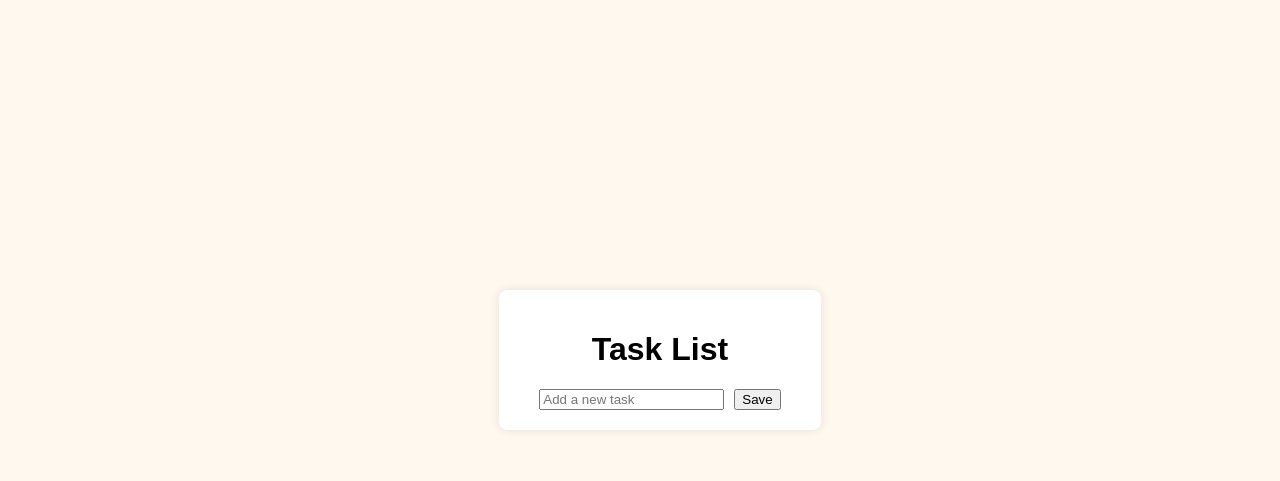
Repository: lpcmendoza/frontend-lab4
Page: /
These files come from the project's save history. The page is drawn as it stood at one moment and after the next save; the edit follows.
The browser window is 1280 px wide. The pictures show the whole page.
The project was rebuilt for these pictures with package versions that can differ from the ones it lists, and the page was loaded fresh each time. Also part of the build but not shown: vite.config.js, src/index.css.

Above is the page before, as saved 2024-10-19 18:59:52.

### src/App.jsx
import React from 'react';
import TaskList from './components/TaskList';
import './App.css'; // Ensure your styles are imported

const App = () => {
    return (
        <div className="container">
            <TaskList />
        </div>
    );
};

export default App;

### src/components/TaskList.jsx
import React, { useState, useEffect } from 'react';

const TaskList = () => {
    const [tasks, setTasks] = useState([]);
    const [inputValue, setInputValue] = useState('');

    // Load tasks from local storage when the component mounts
    useEffect(() => {
        const savedTasks = localStorage.getItem('tasks');
        if (savedTasks) {
            setTasks(JSON.parse(savedTasks));
        }
    }, []);

    // Save tasks to local storage whenever they change
    useEffect(() => {
        localStorage.setItem('tasks', JSON.stringify(tasks));
    }, [tasks]);

    const addTask = () => {
        if (inputValue.trim() !== '') {
            setTasks([...tasks, { text: inputValue, completed: false }]);
            setInputValue(''); // Clear input after adding task
        }
    };

    const toggleTaskCompletion = (index) => {
        const updatedTasks = tasks.map((task, i) =>
            i === index ? { ...task, completed: !task.completed } : task
        );
        setTasks(updatedTasks);
    };

    const removeTask = (index) => {
        const updatedTasks = tasks.filter((_, i) => i !== index);
        setTasks(updatedTasks);
    };

    return (
        <div>
            <h1>Task List</h1>
            <input
                type="text"
                value={inputValue}
                onChange={(e) => setInputValue(e.target.value)}
                placeholder="Add a new task"
            />
            <button onClick={addTask}>Save</button>

            <ul style={{ listStyleType: 'none', padding: 0 }}>
                {tasks.map((task, index) => (
                    <li key={index} style={{ display: 'flex', alignItems: 'center' }}>
                        <input
                            type="checkbox"
                            checked={task.completed}
                            onChange={() => toggleTaskCompletion(index)}
                            style={{ marginRight: '10px' }}
                        />
                        <span
                            style={{
                                textDecoration: task.completed ? 'line-through' : 'none',
                                flexGrow: 1, // Make the span take up available space
                            }}
                        >
                            {task.text}
                        </span>
                        <button onClick={() => removeTask(index)}>Remove</button>
                    </li>
                ))}
            </ul>
        </div>
    );
};

export default TaskList;

### src/App.css
/* App.css */

body {
  font-family: Arial, sans-serif;
  margin: 0; /* Remove default margin */
  height: 100vh; /* Make body full height */
  display: flex; /* Use flexbox */
  justify-content: center; /* Center horizontally */
  align-items: center; /* Center vertically */
  background-color: #FEF8EF;
}

.container {
  text-align: center; /* Center text inside the container */
  width: 100%; /* Full width for the container */
  max-width: 400px; /* Set a maximum width for the task list */
  padding: 20px; /* Add some padding */
  box-shadow: 0 0 10px rgba(0, 0, 0, 0.1); /* Optional: Add some shadow for aesthetics */
  border-radius: 8px; /* Optional: Rounded corners */
  background-color: #fff; /* Optional: White background for better contrast */
}

ul {
  list-style-type: none; /* Remove bullet points */
  padding: 0; /* Remove padding */
  margin: 0; /* Remove margin */
  text-align: left;
}

li {
  display: flex; /* Use flexbox to align items */
  align-items: left; /* Center vertically */
  margin: 20px 0; /* Space between tasks */
  gap: 10px;
}

button {
  margin-left: 10px; /* Space between checkbox and button */
}

Loaded but not shown: index.html (common file); src/main.jsx (common file)

After the next save:
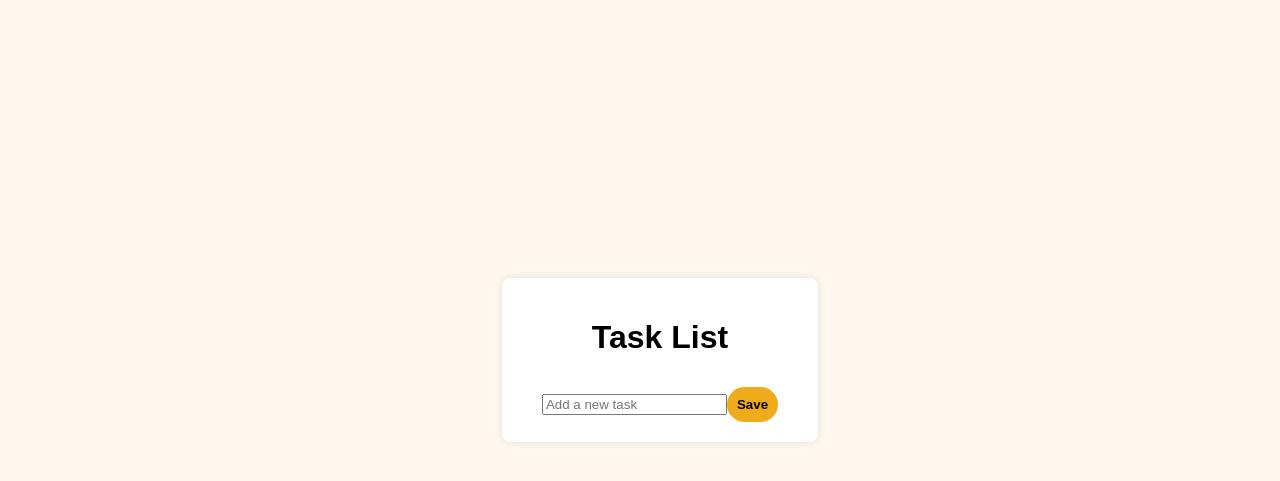
Saved 8 min 0 s later.
--- a/src/App.css
+++ b/src/App.css
@@ -35,5 +35,12 @@ li {
 }
 
 button {
-  margin-left: 10px; /* Space between checkbox and button */
+  margin-top: 10px;
+  padding: 10px;
+  background-color: #F0AB1A;
+  color: black;
+  border: none;
+  border-radius: 20px;
+  cursor: pointer;
+  font-weight: bold;
 }
